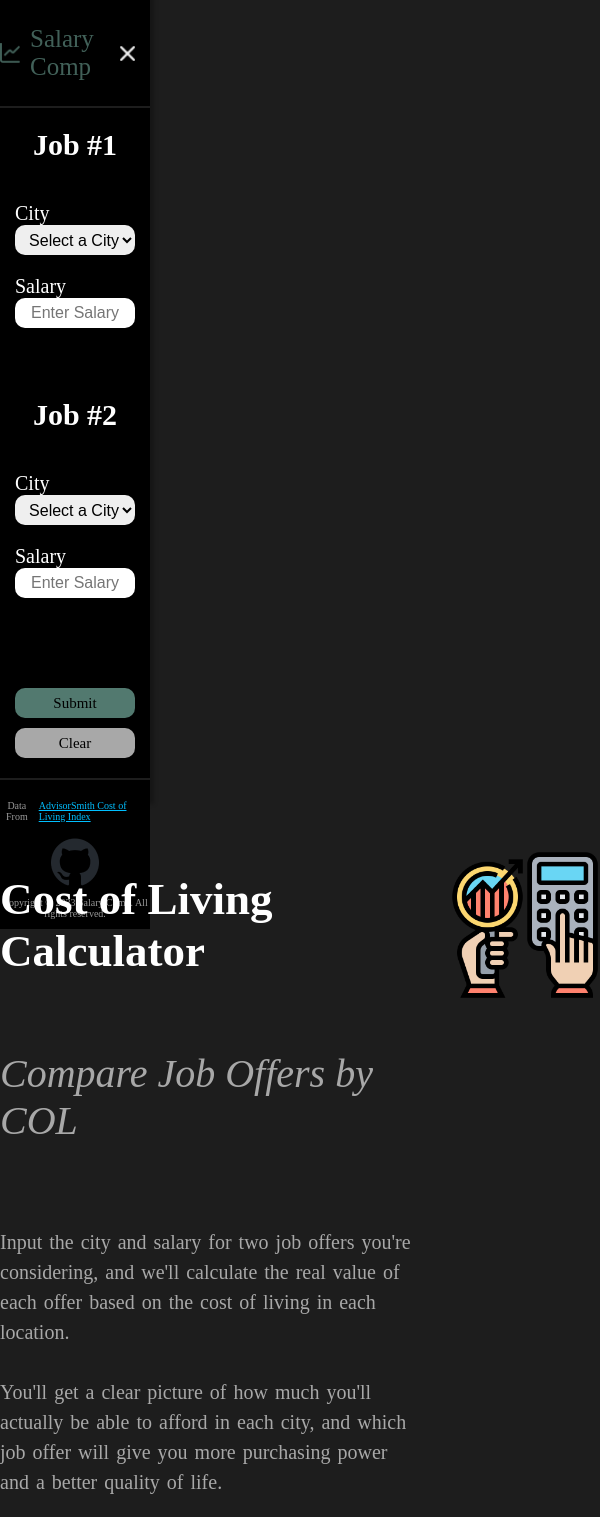
Repository: robbymcd/Salary-Comp
Page: /
The author's editor kept a copy of each file at every save. The page is drawn from the files as they stood at one save, then again after the next save.
The browser window is 600 px wide. The pictures show the whole page.
Some web fonts or font styles are not loaded; a fallback is used. The project was rebuilt for these pictures with package versions that can differ from the ones it lists, and the page was loaded fresh each time. Also part of the build but not shown: src/Main.css, src/Main.js.

Above is the page before, as saved 2023-06-16 17:55:51.

### public/index.html
<!DOCTYPE html>
<html lang="en">
  <head>
    <meta charset="utf-8" />
    <link rel="icon" href="%PUBLIC_URL%/favicon.ico" />
    <meta name="viewport" content="width=device-width, initial-scale=1" />
    <meta name="theme-color" content="#000000" />
    <meta
      name="description"
      content="Compare Job Offers by COL"
    />
    <link rel="apple-touch-icon" href="%PUBLIC_URL%/favicon.ico" />
    <!--
      manifest.json provides metadata used when your web app is installed on a
      user's mobile device or desktop. See https://developers.google.com/web/fundamentals/web-app-manifest/
    -->
    <link rel="manifest" href="%PUBLIC_URL%/manifest.json" />
    <!--
      Notice the use of %PUBLIC_URL% in the tags above.
      It will be replaced with the URL of the `public` folder during the build.
      Only files inside the `public` folder can be referenced from the HTML.

      Unlike "/favicon.ico" or "favicon.ico", "%PUBLIC_URL%/favicon.ico" will
      work correctly both with client-side routing and a non-root public URL.
      Learn how to configure a non-root public URL by running `npm run build`.
    -->
    <title>Salary Comp</title>
  </head>
  <body>
    <noscript>You need to enable JavaScript to run this app.</noscript>
    <div id="root"></div>
    <!--
      This HTML file is a template.
      If you open it directly in the browser, you will see an empty page.

      You can add webfonts, meta tags, or analytics to this file.
      The build step will place the bundled scripts into the <body> tag.

      To begin the development, run `npm start` or `yarn start`.
      To create a production bundle, use `npm run build` or `yarn build`.
    -->
  </body>
</html>

### src/index.css
body {
  margin: 0;
  font-family: -apple-system, BlinkMacSystemFont, 'Segoe UI', 'Roboto', 'Oxygen',
    'Ubuntu', 'Cantarell', 'Fira Sans', 'Droid Sans', 'Helvetica Neue',
    sans-serif;
  -webkit-font-smoothing: antialiased;
  -moz-osx-font-smoothing: grayscale;
  height: 100%;
  width: 100%;
}

html {
  height: 100%;
  width: 100%;
  background-color: #1D1D1D;
}

code {
  font-family: source-code-pro, Menlo, Monaco, Consolas, 'Courier New',
    monospace;
}

### src/App.js
import React, { useState } from 'react';
import './App.css';
import Sidebar from './Sidebar.js';
import Content from './Content.js';

function App() {
  const [isSubmitted, setIsSubmitted] = useState(false);
  const [cityCOL1, setCityCOL1] = useState('');
  const [cityCOL2, setCityCOL2] = useState('');
  const [cityName1, setCityName1] = useState('');
  const [cityName2, setCityName2] = useState('');
  const [salary1, setSalary1] = useState('');
  const [salary2, setSalary2] = useState('');

  const handleFormSubmit = (formData) => {
    setIsSubmitted(true);
    setCityCOL1(formData.cityCOL1);
    setCityCOL2(formData.cityCOL2);
    setCityName1(formData.cityName1);
    setCityName2(formData.cityName2);
    setSalary1(formData.salary1);
    setSalary2(formData.salary2);
  };

  return (
    <div className="main">
        <Sidebar onFormSubmit={handleFormSubmit}/>
        <Content isSubmitted={isSubmitted} cityCOL1={cityCOL1} cityCOL2={cityCOL2} cityName1={cityName1} cityName2={cityName2} salary1={salary1} salary2={salary2} />
    </div>
  );
}

export default App;

### src/App.css
.main {
    display: flex;
    flex-direction: row;
    height: 200%;
    width: 100%;
    background-color: #1D1D1D;
}

@media screen and (max-width: 700px) {
    .main {
        flex-direction: column;
    }
}

### src/Content.js
import React from 'react';
import './Content.css';
import Instruction from './Instruction.js';
import Main from './Main.js';

export default function Content({ isSubmitted ,cityCOL1 ,cityCOL2, cityName1, cityName2 , salary1, salary2 }) {

    return (
        <div className='Content-container'>
            {isSubmitted ? <Main cityCOL1={cityCOL1} cityCOL2={cityCOL2} cityName1={cityName1} cityName2={cityName2} salary1={salary1} salary2={salary2}/> : <Instruction />}
        </div>
    );
}

### src/Sidebar.css
@import url('https://fonts.googleapis.com/css?family=Roboto-Mono');
@import url('https://fonts.googleapis.com/css?family=Mukta-Vaani');
.sidebar {
    display: flex;
    height: 100vh;
    width: fit-content;
}

.closed-sidebar {
    display: flex;
    height: 100vh;
    width: fit-content;
    margin-right: 22vw;
}

.plusIcon {
    height: 30px;
    width: 30px;
    margin-left: 20px;
    align-self: center;
    cursor: pointer;
}

.plusIcon:hover {
    opacity: 0.5;
}

.error {
    display: flex;
    font-size: 15px;
    margin-bottom: -15px;
    color: #BA1F33;
}

.button-container {
    display: flex;
    flex-direction: column;
    gap: 10px;
    margin-top: 20px;
}

.submit-container {
    display: flex;
}

.submit {
    height: 30px;
    width: clamp(100px, 20vw, 300px);
    border-radius: 10px;
    border: none;
    outline: none;
    cursor: pointer;
    background-color: #52796F;
    font-family: Mukta Vaani;
    font-size: 15px;
    color: #000;
    box-shadow: 0px 4px 4px rgba(0, 0, 0, 0.25);
}

.submit:hover {
    opacity: 0.8;
}

.clear-container {
    display: flex;
}

.clear {
    height: 30px;
    width: clamp(100px, 20vw, 300px);
    border-radius: 10px;
    border: none;
    outline: none;
    cursor: pointer;
    background-color: #a8a8a8;
    font-family: Mukta Vaani;
    font-size: 15px;
    color: #000;
    box-shadow: 0px 4px 4px rgba(0, 0, 0, 0.25);
}

.clear:hover {
    opacity: 0.8;
}

@media screen and (min-width: 1650px) {
    .button-container {
        gap: 20px;
    }
}

@media screen and (max-width: 700px) {
    .sidebar {
        width: 100%;
    }
}

### src/OpenSidebar.css
@import url('https://fonts.googleapis.com/css?family=Roboto-Mono');
@import url('https://fonts.googleapis.com/css?family=Mukta-Vaani');

.open-sidebar {
    display: flex;
    flex-direction: column;
    height: 100vh;
    width: 25vw;
    background-color: #000;
    box-shadow: 0px 0px 4px 4px rgba(0, 0, 0, 0.25);
    margin-right: 8vw;
    transition: transform 0.3s ease-in-out;
}

.sidebar-header {
    display: flex;
    width: 25vw;
    border-bottom: 2px solid #1d1d1d;
    justify-content: space-between;
    align-items: center;
}

.sidebar-wrapper {
    display: inline-block;
}

.centering {
    display: flex;
    flex-direction: row;
    width: 100%;
    align-self: center;
    align-items: center;
    justify-content: center;
}

.logo {
    display: flex;
    flex-direction: row;
    width: 100%;
    align-items: center;
    justify-content: center;
    gap: 10px;
    cursor: pointer;
}

.logo:hover {
    opacity: .8;
}

.logo p {
    font-family: Roboto Mono;
    color: #52796F;
    font-size: 25px;
}

.chart {
    height: 20px;
    width: 20px;
}

.city {
    display: flex;
    flex-direction: column;
    font-family: Mukta Vaani;
    font-style: normal;
    font-weight: 300;
    font-size: 20px;
    color: #fff;
}

.salary{
    display: flex;
    flex-direction: column;
    font-family: Mukta Vaani;
    font-style: normal;
    font-weight: 300;
    font-size: 20px;
    color: #fff;
}

.salary label {
    display: flex;
    justify-self: center;
}

.form {
    display: flex;
    flex-direction: column;
    font-family: Mukta Vaani;
    height: 100%;
    align-items: center;
    gap: 20px;
    border-bottom: 2px solid #1d1d1d;
    justify-content: center;
    padding: 20px;
}

.form h1 {
    color: #fff;
    font-family: Roboto Mono;
    font-size: 30px;
    font-weight: 700;
    font-style: normal;
    text-align: center;
    margin-top: 10px;
    margin-bottom: 0px;
}

select {
    cursor: pointer;
}

input {
    text-decoration: none;
    height: 30px;
    width: clamp(100px, 20vw, 300px);
    border-radius: 10px;
    outline: none;
    border: none;
    padding: 0;
    text-align: center;
    font-size: 16px;
    cursor: pointer;
}

.salarycomp {
    height: 80px;
    width: 360px;
}

.x {
    height: 25px;
    width: 25px;
    cursor: pointer;
    margin-right: 10px;
}

.x:hover {
    opacity: 0.5;
    transition: ease-in-out 0.2s;
}

.footer {
    display: flex;
    flex-direction: column;
    align-items: center;
    justify-content: center;
    width: 100%;
    background-color: #000;
}

.footer p {
    color: #fff;
    opacity: .6;
    font-family: 'Mukta Vaani';
    font-style: normal;
    font-weight: 300;
    font-size: 14px;
    text-align: center;
}

.hiw {
    display: flex;
    flex-direction: row;
    align-items: center;
    justify-content: center;
    gap: 10px;
}

.hiw a {
    font-size: 14px;
    font-weight: 300;
    font-family: 'Mukta Vaani';
    color: #00bfff;
}

.hiw a:hover {
    opacity: 0.5;
    transition: ease-in-out 0.2s;
}

.github {
    height: 50px;
    width: 50px;
    cursor: pointer;
}

.github:hover {
    opacity: 0.8;
}

@media screen and (max-width: 1000px) {
    .footer p {
        font-size: 10px;
    }

    .hiw a {
        font-size: 10px;
    }

    .hiw {
        margin-top: 10px;
        margin-bottom: 5px;
        gap: 5px;
    }
}

@media screen and (min-height: 800px) {
    .form h1 {
        margin-top: 0;
        margin-bottom: 20px;
    }

    input {
        margin-bottom: 50px;
    }
}

### src/Select.css
.select-main {
    text-decoration: none;
    height: 30px;
    width: clamp(100px, 20vw, 300px);
    border-radius: 10px;
    outline: none;
    text-align: center;
    font-size: 16px;
}

.select-main select {
    text-align: center;
    text-decoration: none;
    outline: none;
    border: none;
    height: 30px;
    width: clamp(100px, 20vw, 300px);
    border-radius: 10px;
    font-size: 16px;
    padding-left: 10px;
}

### src/Content.css
@import url('https://fonts.googleapis.com/css?family=Kadwa');
@import url('https://fonts.googleapis.com/css?family=Hind-Madurai');

.Content-container {
    display: flex;
    width: 100%;
}

.header {
    display: flex;
    flex-direction: row;
    align-items: center;
    margin-top: 50px;
    gap: 25px;
}

.content h1 {
    font-family: Kadwa;
    font-weight: bold;
    font-size: 45px;
    height: 100%;
    margin: 0;
}

.content h2 {
    font-family: Hind Madurai;
    font-size: 40px;
    color: #a8a8a8;
    margin-top: 50px;
    width: 75%;
    font-weight: 500;
    font-style: italic;
}

.content p {
    display: flex;
    width: 50vw;
    font-family: Hind Madurai;
    font-size: 20px;
    color: #a8a8a8;
    word-spacing: 2px;
    line-height: 1.5;
    margin-top: 50px;
    width: 70%;
}

.content {
    display: flex;
    flex-direction: column;
    color: #fff;
    height: fit-content;
    width: 100%;
    justify-items: center;
}

.calculator {
    display: flex;
    height: 150px;
    width: 150px;
}

### src/Instruction.js
import calculator from './calculator.png';

export default function Instruction() {
    return (
        <div className="content">
            <div className="header">
                <h1>Cost of Living Calculator</h1>
                <img className="calculator" src={calculator} alt='calculator'></img>
            </div>
            <h2>Compare Job Offers by COL</h2>
            <p>Input the city and salary for two job offers you're considering, and we'll calculate the real value of each offer based on the cost of living in each location.<br/><br/>You'll get a clear picture of how much you'll actually be able to afford in each city, and which job offer will give you more purchasing power and a better quality of life.
            </p>
        </div>
    );
}

Loaded but not shown: src/index.js (common file); src/reportWebVitals.js (common file); src/Sidebar.js (399 lines, source omitted)

After the next save:
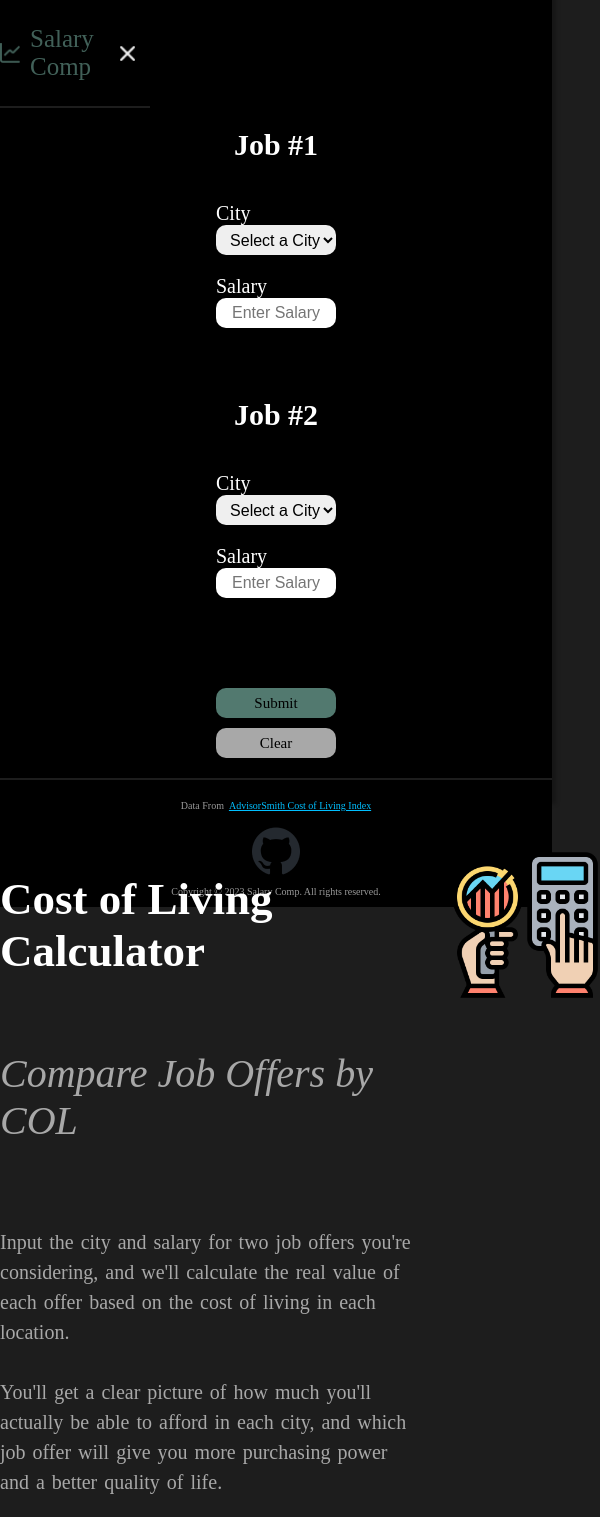
Saved 33 s later.
--- a/src/OpenSidebar.css
+++ b/src/OpenSidebar.css
@@ -215,3 +215,9 @@ input {
         margin-bottom: 50px;
     }
 }
+
+@media screen and (max-width: 700px) {
+    .open-sidebar {
+        width: 100%;
+    }
+}
